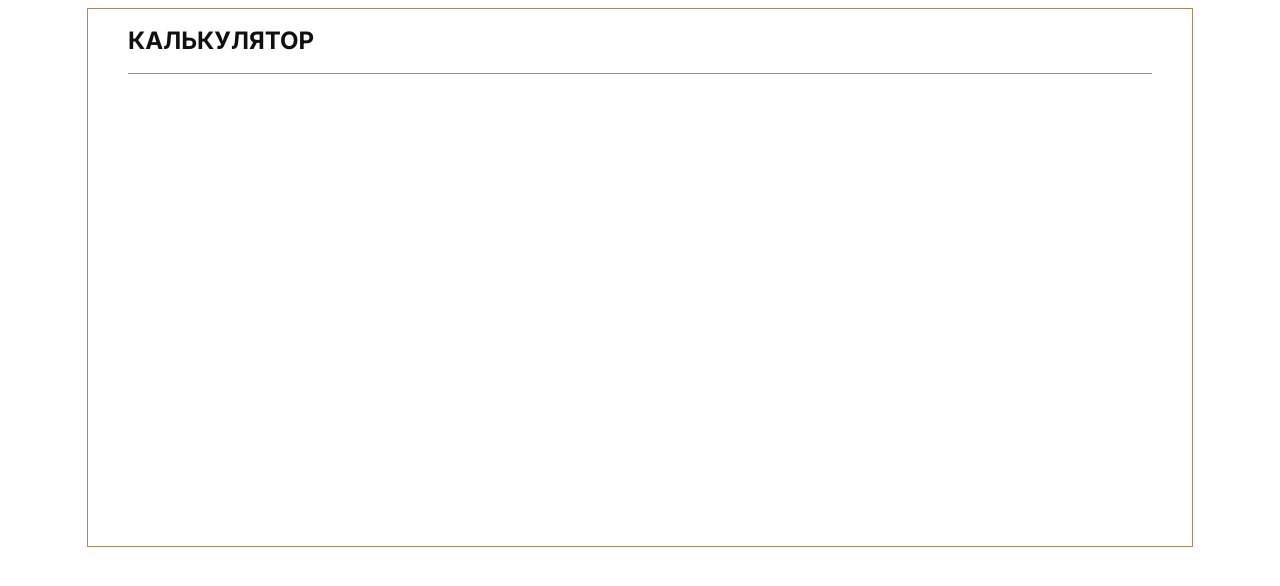
Repository: Kirill2034/Calculator-metal
Page: /
The author's editor kept a copy of each file at every save. The page is drawn from the files as they stood at one save, then again after the next save.
The browser window is 1280 px wide. The pictures show the whole page.
The project was rebuilt for these pictures with package versions that can differ from the ones it lists, and the page was loaded fresh each time.

Above is the page before, as saved 2021-11-27 15:54:11.

### public/index.html
<!DOCTYPE html>
<html lang="en">
  <head>
    <meta charset="utf-8" />
    <meta name="viewport" content="width=device-width, initial-scale=1" />

    <link rel="preconnect" href="https://fonts.googleapis.com">
    <link rel="preconnect" href="https://fonts.gstatic.com" crossorigin>
    <link href="https://fonts.googleapis.com/css2?family=Inter:wght@300;400;500;700&display=swap" rel="stylesheet">

    <title>Калькулятор</title>
  </head>
  <body>
    <div id="root"></div>
  </body>
</html>

### src/App.js
import './App.css';

function App() {
  return (
    <div className="App">
      <div className="title">
        <h2>Калькулятор</h2>
      </div>
      <div className="calculator"></div>
    </div>
  );
}

export default App;

### src/App.css
.App {width: 1024px; height: 537px; border: 1px solid #B48565; margin: 0 auto; font-family: 'Inter', sans-serif; padding: 0 40px;}
.App .title {border-bottom: 1px solid #B48565; text-transform: uppercase; font-weight: 900; font-size: 16px; line-height: 24px; color: #101010;}

Loaded but not shown: src/index.js (common file)

After the next save:
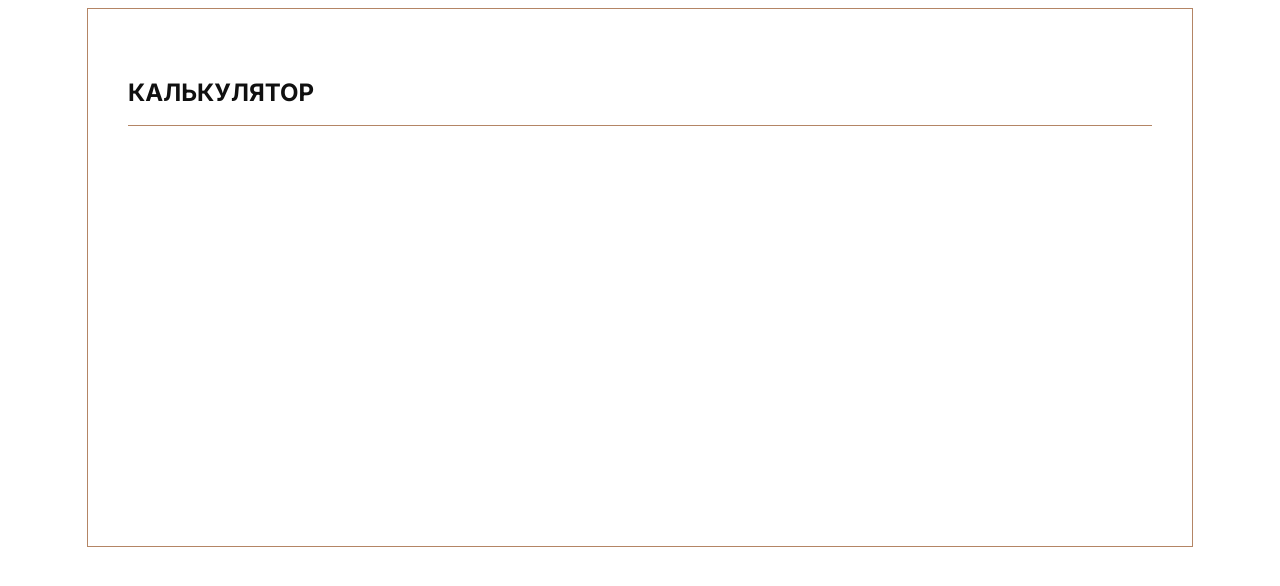
Saved 21 s later.
--- a/src/App.css
+++ b/src/App.css
@@ -1,2 +1,2 @@
 .App {width: 1024px; height: 537px; border: 1px solid #B48565; margin: 0 auto; font-family: 'Inter', sans-serif; padding: 0 40px;}
-.App .title {border-bottom: 1px solid #B48565; text-transform: uppercase; font-weight: 900; font-size: 16px; line-height: 24px; color: #101010;}
+.App .title {border-bottom: 1px solid #B48565; text-transform: uppercase; font-weight: 900; font-size: 16px; line-height: 24px; color: #101010; margin-top: 72px;}
